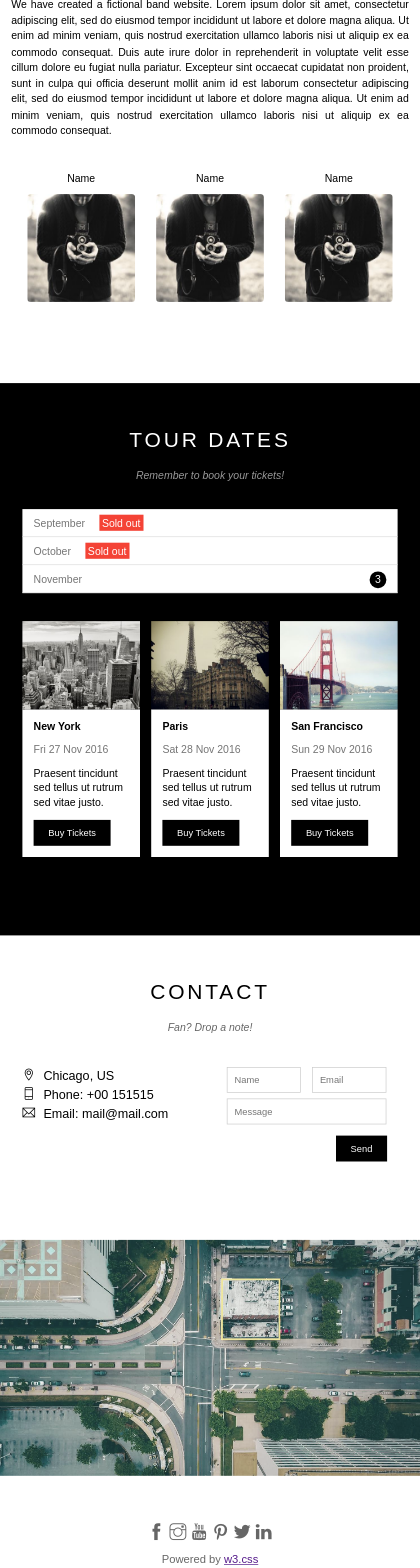
Repository: funboy13/webnew
Page: index.html
The author's editor kept a copy of each file at every save. The page is drawn from the files as they stood at one save, then again after the next save.
The browser window is 600 px wide. The pictures show the part of the page from y = 515 to 2755 px (the page is 2817 px tall before and 3287 px after), at 70% of full size.

Above is the page before, as saved 2021-08-21 08:45:37.

After the next save:
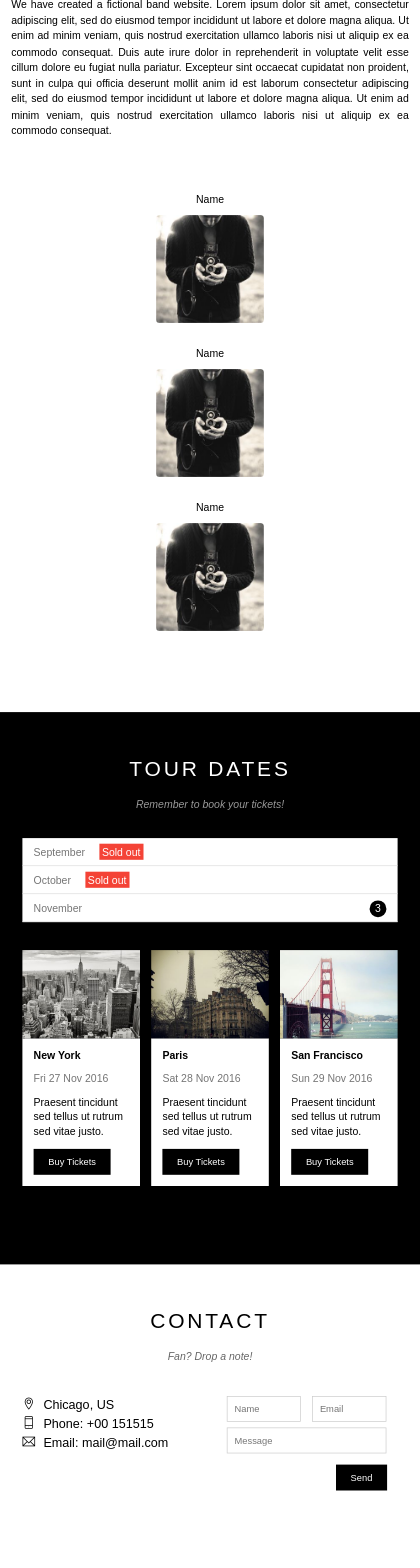
Saved 2 min 3 s later.
--- a/assets/css/responsive.css
+++ b/assets/css/responsive.css
@@ -30,4 +30,8 @@
     .header .search-btn{
         display: none;
     }
+    #content .member-item{
+        margin-top: 30px;
+        width: 100%;
+    }
 }
